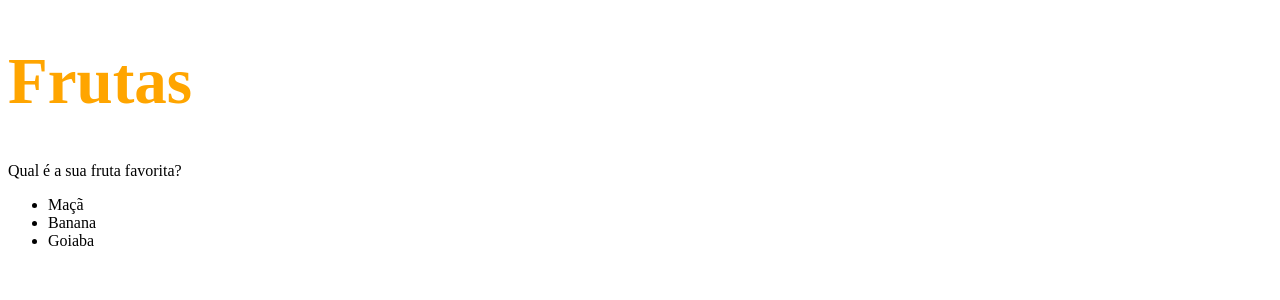
Repository: rafaelsales-97/dia2
Page: index.html
These files come from the project's save history. The page is drawn as it stood at one moment and after the next save; the edit follows.
The browser window is 1280 px wide. The pictures show the whole page.

Above is the page before, as saved 2023-04-19 21:02:03.

### index.html
<!DOCTYPE html>
<html lang="pt-br">
  <head>
    <meta charset="UTF-8">
    <title>HTML</title>
    <style>
        h1{
            font-size: 65px;
            color: orange;
        }

        .listaNO{
            background-color: black;
        }

    </style>
  </head>
  <body>
    <h1>Frutas</h1>
    <p>Qual é a sua fruta favorita?</p>
    <ul class="ListaNO">
      <li>Maçã</li>
      <li>Banana</li>
      <li>Goiaba</li>
    </ul>
  </body>
</html>

After the next save:
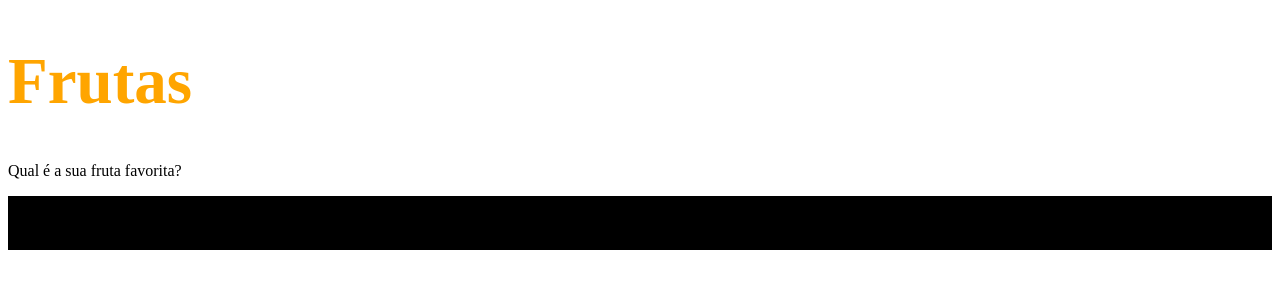
Saved 20 s later.
--- a/index.html
+++ b/index.html
@@ -18,7 +18,7 @@
   <body>
     <h1>Frutas</h1>
     <p>Qual é a sua fruta favorita?</p>
-    <ul class="ListaNO">
+    <ul class="listaNO">
       <li>Maçã</li>
       <li>Banana</li>
       <li>Goiaba</li>
